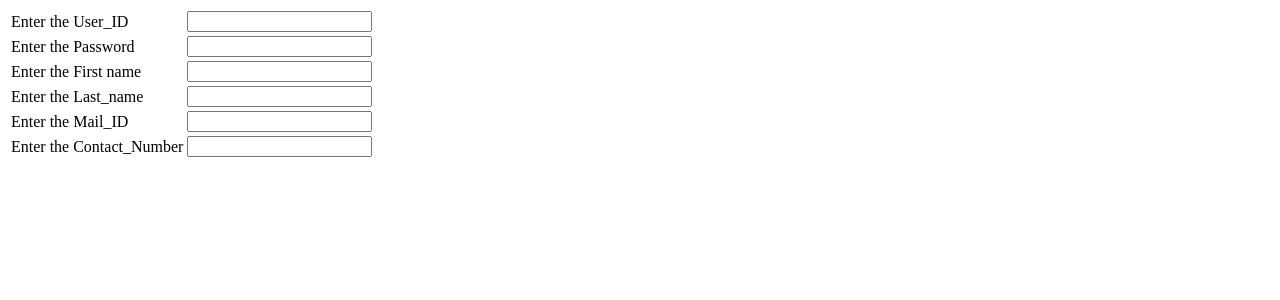
Repository: tushar-TD/Adv_java
Page: My_Servlets/src/main/webapp/Inp_Form.html
The author's editor kept a copy of each file at every save. The page is drawn from the files as they stood at one save, then again after the next save.
The browser window is 1280 px wide. The pictures show the whole page.

Above is the page before, as saved 2023-07-04 06:45:04.

### My_Servlets/src/main/webapp/Inp_Form.html
<!DOCTYPE html>
<html>
<head>
<meta charset="ISO-8859-1">
<title>Insert title here</title>
</head>
<body>
<table>
<form action="http://localhost:8080/My_Servlets/Inp_Form.html" method="post">
<tr>
<td>
<label for="uid">Enter the User_ID</label></td>
<td><input type="text" name="uid" id="uid"/></td>
</tr>
<tr>
<td>
<label for="pswd">Enter the Password</label></td>
<td><input type="text" name="pswd" id="pswd"/></td>
</tr>

<tr>
<td>
<label for="fname">Enter the First name</label></td>
<td><input type="text" name="fname" id="fname"/></td>
</tr>

<tr>
<td>
<label for="lname">Enter the Last_name</label></td>
<td><input type="text" name="lname" id="lname"/></td>
</tr>

<tr>
<td>
<label for="m_id">Enter the Mail_ID</label></td>
<td><input type="text" name="m_id" id="m_id"/></td>
</tr>

<tr>
<td>
<label for="cno">Enter the Contact_Number</label></td>
<td><input type="text" name="cno" id="cno"/></td>
</tr>
</form>
</table>
</body>
</html>

After the next save:
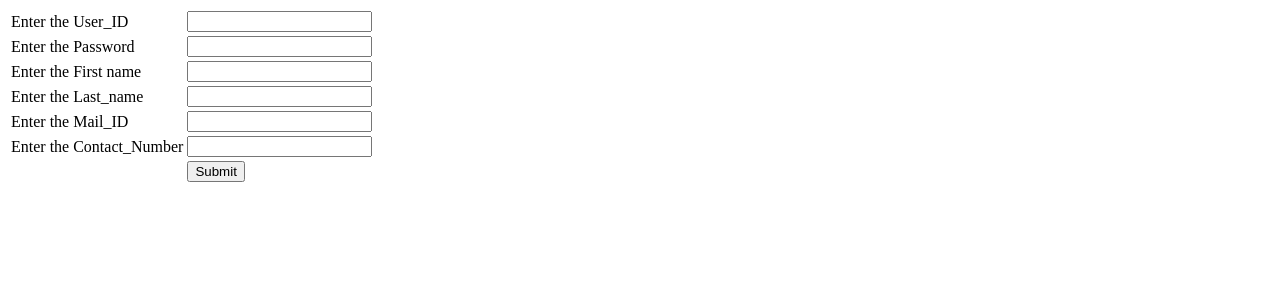
Saved 64 s later.
--- a/My_Servlets/src/main/webapp/Inp_Form.html
+++ b/My_Servlets/src/main/webapp/Inp_Form.html
@@ -41,6 +41,12 @@
 <label for="cno">Enter the Contact_Number</label></td>
 <td><input type="text" name="cno" id="cno"/></td>
 </tr>
+
+<tr>
+<td>
+<td><input type="submit" name="sub" id="sub"/></td>
+</tr>
+
 </form>
 </table>
 </body>
